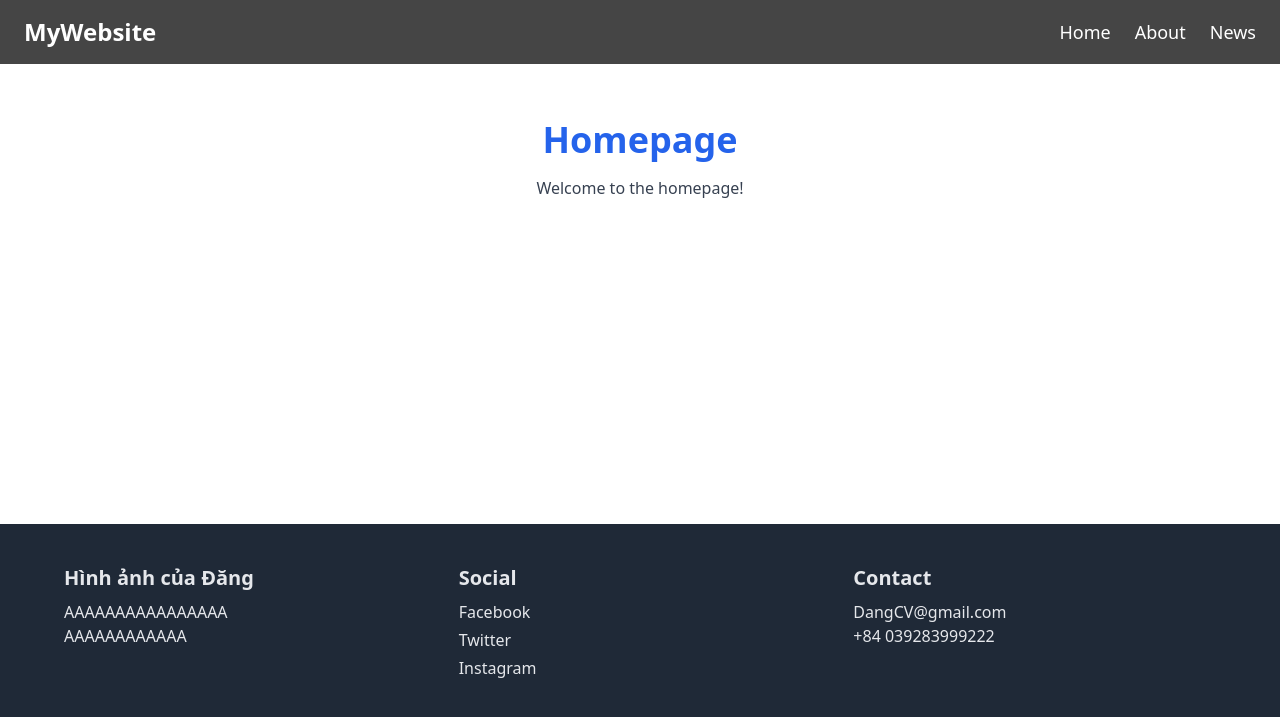
Repository: ultrakhaicraft/PRN232-Website-Showcase
Page: / (app in PRN232/)
An editor plug-in stored every save of this project. The page is shown before and after the next save, followed by the edit.
The browser window is 1280 px wide. The pictures show the whole page.
The project was rebuilt for these pictures with package versions that can differ from the ones it lists, and the page was loaded fresh each time. Also part of the build but not shown: PRN232/vite.config.js, PRN232/src/pages/About.jsx, PRN232/src/pages/News.jsx.

Above is the page before, as saved 2025-09-17 18:24:51.

### PRN232/index.html
<!doctype html>
<html lang="en">
  <head>
    <meta charset="UTF-8" />
    <link rel="icon" type="image/svg+xml" href="/vite.svg" />
    <meta name="viewport" content="width=device-width, initial-scale=1.0" />
    <title>Thuyết trình MLN131</title>
  </head>
  <body>
    <div id="root"></div>
    <script type="module" src="/src/main.jsx"></script>
  </body>
</html>

### PRN232/src/main.jsx
import React from 'react'
import ReactDOM from 'react-dom/client'
import App from './App.jsx'
import './index.css'   // phải có dòng này

ReactDOM.createRoot(document.getElementById('root')).render(
  <React.StrictMode>
    <App />
  </React.StrictMode>,
)

### PRN232/src/App.jsx
import React from "react";
import { BrowserRouter as Router, Routes, Route } from "react-router-dom";

import Homepage from "./pages/HomePage";
import About from "./pages/About";
import News from "./pages/News";
import Navbar from "./components/Narbar";
import Footer from "./components/Footer";

function App() {
  return (
    <Router>
      <div className="flex flex-col min-h-screen">
        {/* Navbar */}
        <Navbar />

        {/* Nội dung page */}
        <main className="flex-grow p-6">
          <Routes>
            <Route path="/" element={<Homepage />} />
            <Route path="/about" element={<About />} />
            <Route path="/news" element={<News />} />
          </Routes>
        </main>

        {/* Footer (optional) */}
        <Footer/>
      </div>
    </Router>
  );
}

export default App;

### PRN232/src/pages/HomePage.jsx
import React from "react";

function Homepage() {
  return (
    <div className="p-8 text-center">
      <h1 className="text-4xl font-bold text-blue-600">Homepage</h1>
      <p className="mt-4 text-gray-700">Welcome to the homepage!</p>
    </div>
  );
}

export default Homepage;

### PRN232/src/components/Narbar.jsx
import React from "react";
import { Link } from "react-router-dom";

function Navbar() {
  return (
    <nav className="flex items-center justify-between px-6 py-4 text-white bg-[#454545]">
      {/* Logo */}
      <div className="text-2xl font-bold">
        <Link to="/">MyWebsite</Link>
      </div>

      {/* Menu */}
      <div className="flex gap-6 text-lg">
        <Link to="/" className="hover:text-blue-400">Home</Link>
        <Link to="/about" className="hover:text-blue-400">About</Link>
        <Link to="/news" className="hover:text-blue-400">News</Link>
      </div>
    </nav>
  );
}

export default Navbar;

### PRN232/src/components/Footer.jsx
import React from "react";

function Footer() {
  return (
    <footer className="px-6 py-10 text-gray-200 bg-gray-800">
      <div className="grid max-w-6xl grid-cols-1 gap-8 mx-auto md:grid-cols-3">

        {/* Cột 1 */}
        <div>
          <h2 className="mb-2 text-xl font-bold">Hình ảnh của Đăng</h2>
          <p>
            AAAAAAAAAAAAAAAA <br />
            AAAAAAAAAAAA
          </p>
        </div>

        {/* Cột 2 */}
        <div>
          <h2 className="mb-2 text-xl font-bold">Social</h2>
          <ul className="space-y-1">
            <li><a href="#" className="hover:text-blue-400">Facebook</a></li>
            <li><a href="#" className="hover:text-blue-400">Twitter</a></li>
            <li><a href="#" className="hover:text-blue-400">Instagram</a></li>
          </ul>
        </div>

        {/* Cột 3 */}
        <div>
          <h2 className="mb-2 text-xl font-bold">Contact</h2>
          <p>DangCV@gmail.com</p>
          <p>+84 039283999222</p>
        </div>
      </div>
    </footer>
  );
}

export default Footer;

### PRN232/tailwind.config.js
/** @type {import('tailwindcss').Config} */
export default {
  content: [
    "./index.html",
    "./src/**/*.{js,ts,jsx,tsx}",   // rất quan trọng
  ],
  theme: {
    extend: {},
  },
  plugins: [],
};

Loaded but not shown: PRN232/src/index.css (common file)

After the next save:
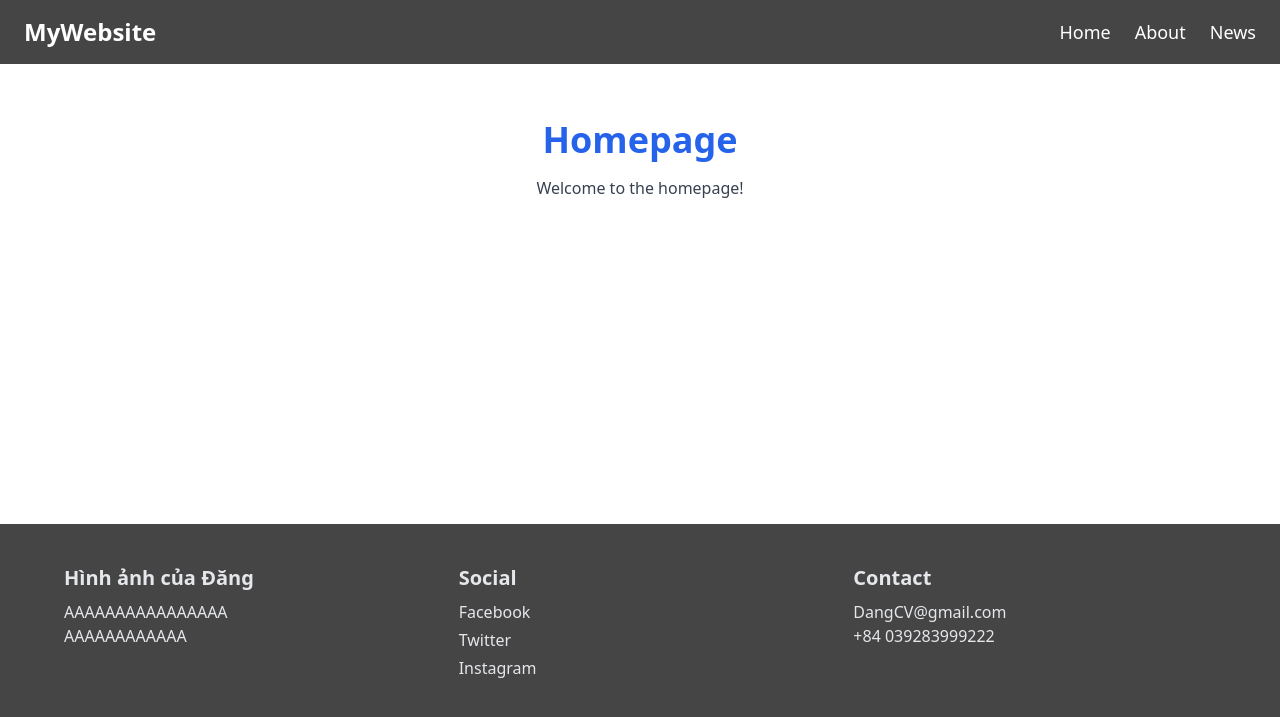
Saved 13 s later.
--- a/PRN232/src/components/Footer.jsx
+++ b/PRN232/src/components/Footer.jsx
@@ -2,7 +2,7 @@ import React from "react";
 
 function Footer() {
   return (
-    <footer className="px-6 py-10 text-gray-200 bg-gray-800">
+    <footer className="px-6 py-10 text-gray-200 bg-[#454545]">
       <div className="grid max-w-6xl grid-cols-1 gap-8 mx-auto md:grid-cols-3">
 
         {/* Cột 1 */}
